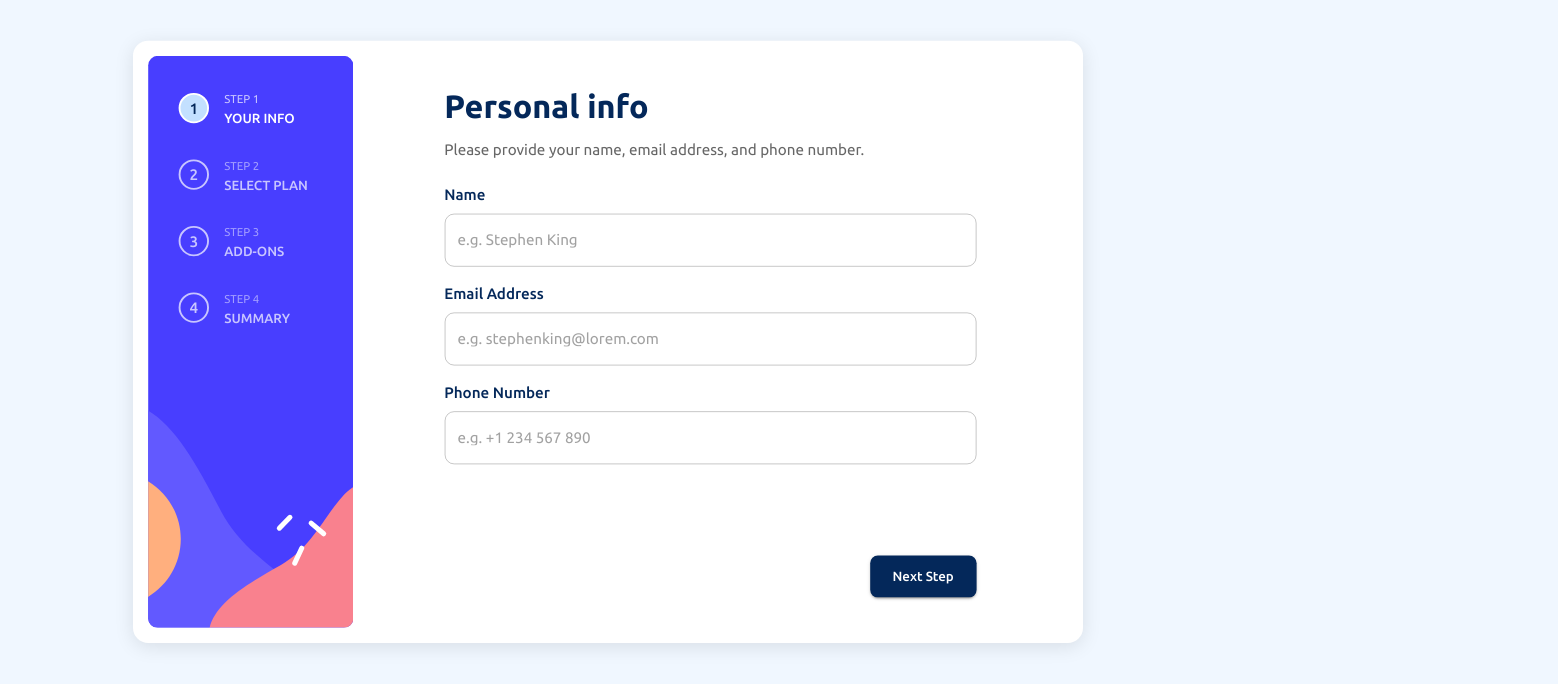
Repository: ozerrrs/chalange7days
Page: / (app in 7dayschalange/7dayschallange/)
The author's editor kept a copy of each file at every save. The page is drawn from the files as they stood at one save, then again after the next save.
The browser window is 1280 px wide. The page is 1280 px wide, then 1640 px, then 1280 px, so the pictures cover 1640 px, including what lies to the right of the window. The pictures show the whole page, at 95% of full size.
The project was rebuilt for these pictures with package versions that can differ from the ones it lists, and the page was loaded fresh each time. Also part of the build but not shown: 7dayschalange/7dayschallange/vite.config.js.

Above is the page before, as saved 2025-03-05 14:55:27.

### 7dayschalange/7dayschallange/src/main.jsx
import * as React from "react";
import * as ReactDOM from "react-dom/client";
import { ThemeProvider } from "@mui/material/styles";
import { CssBaseline } from "@mui/material";
import theme from "./theme/theme";
import App from "./App";
import "./index.css";
ReactDOM.createRoot(document.getElementById("root")).render(
  <React.StrictMode>
    <ThemeProvider theme={theme}>
      <CssBaseline />
      <App />
    </ThemeProvider>
  </React.StrictMode>
);

### 7dayschalange/7dayschallange/src/theme/theme.jsx
import { createTheme } from "@mui/material/styles";

const theme = createTheme({
  typography: {
    fontFamily: "'Ubuntu', sans-serif",
    h4: {
      fontWeight: 700,
    },
    h2: {
      fontWeight: 500,
    },
  },
  components: {
    MuiCssBaseline: {
      styleOverrides: `
        body {
          background-color: #f0f7ff;
        }
      `,
    },
  },
});

export default theme;

### 7dayschalange/7dayschallange/src/App.jsx
import { Routes, Route, BrowserRouter } from "react-router-dom";
import FirstPage from "./pages/firstPage";
import "@fontsource/ubuntu/400.css"; // Regular
import "@fontsource/ubuntu/500.css"; // Medium
import "@fontsource/ubuntu/700.css"; // Bold
function App() {
  return (
    <BrowserRouter>
      <Routes>
        <Route path="/" element={<FirstPage />} />
        {/* <Route path="/about" element={<About />} />
          <Route path="/login" element={<Login />} />
          <Route path="/register" element={<Register />} /> */}
      </Routes>
    </BrowserRouter>
  );
}
export default App;

### 7dayschalange/7dayschallange/src/index.css
#root {
  height: 100vh;
  width: 100vw;
  background-color: #f0f7ff;
}

### 7dayschalange/7dayschallange/src/pages/firstPage.jsx
import React, { useState } from "react";
import {
  Box,
  TextField,
  Typography,
  Button,
  Stepper,
  Step,
  StepLabel,
  Paper,
  Container,
  Grid,
  CssBaseline,
} from "@mui/material";
import { styled, ThemeProvider } from "@mui/material/styles";
// Import the background image for the sidebar
import backgroundNav from "../assets/bg-sidebar-desktop.svg"; // Adjust the path as needed

const FormContainer = styled(Paper)(({ theme }) => ({
  padding: theme.spacing(2),
  borderRadius: 16,
  boxShadow: "0px 4px 20px rgba(0, 0, 0, 0.1)",
  display: "flex",
  overflow: "hidden",
  minWidth: 1000,
  margin: "0 auto",
  position: "absolute",
  top: "50%",
  left: "50%",
  transform: "translate(-50%, -50%)",
}));

const SideBar = styled(Box)(({ theme }) => ({
  padding: theme.spacing(4),
  borderRadius: "10px 10px 10px 10px",
  color: "white",
  width: 274,
  position: "relative",
  overflow: "hidden",
  background: "none",
  minHeight: 568,
}));

const ContentArea = styled(Box)(({ theme }) => ({
  paddingLeft: theme.spacing(12),
  paddingRight: theme.spacing(12),
  paddingTop: theme.spacing(4),
  paddingBottom: theme.spacing(4),
  width: "100%",
}));

const NextButton = styled(Button)(({ theme }) => ({
  backgroundColor: "#04285a",
  color: "white",
  borderRadius: 8,
  padding: "10px 24px",
  textTransform: "none", // This prevents uppercase text

  "&:hover": {
    backgroundColor: "#172b4d",
  },
}));
const StyledTextField = styled(TextField)(({ theme }) => ({
  marginBottom: theme.spacing(2),
  "& .MuiOutlinedInput-root": {
    borderRadius: "10px",
    "& fieldset": {
      borderRadius: "10px",
    },
  },
}));

const StepNumber = styled(Box)(({ theme, active }) => ({
  width: 32,
  height: 32,
  borderRadius: "50%",
  border: "2px solid white",
  display: "flex",
  alignItems: "center",
  justifyContent: "center",
  marginRight: theme.spacing(2),
  backgroundColor: active ? "#c3e0ff" : "transparent", // Blue background when active
  color: active ? "#04285a" : "white",
  fontWeight: 500,
}));

const StepItem = styled(Box)(({ theme, active }) => ({
  display: "flex",
  alignItems: "center",
  marginBottom: theme.spacing(3),
  opacity: active ? 1 : 0.7,
}));

const steps = [
  { label: "YOUR INFO", description: "Personal details" },
  { label: "SELECT PLAN", description: "Choose your plan" },
  { label: "ADD-ONS", description: "Add extra features" },
  { label: "SUMMARY", description: "Review your order" },
];

function MultiStepForm() {
  const [activeStep, setActiveStep] = useState(0);
  const [formData, setFormData] = useState({
    name: "",
    email: "",
    phone: "",
  });

  const handleInputChange = (e) => {
    const { name, value } = e.target;
    setFormData({
      ...formData,
      [name]: value,
    });
  };

  const handleNext = () => {
    setActiveStep((prevActiveStep) => prevActiveStep + 1);
  };

  const handleBack = () => {
    setActiveStep((prevActiveStep) => prevActiveStep - 1);
  };

  const getStepContent = (step) => {
    switch (step) {
      case 0:
        return (
          <Box>
            <Typography
              variant="h4"
              gutterBottom
              fontWeight="bold"
              sx={{ color: "#04285a" }}
            >
              Personal info
            </Typography>
            <Typography color="textSecondary" paragraph>
              Please provide your name, email address, and phone number.
            </Typography>

            <Box mt={3}>
              <Typography fontWeight={500} mb={1} sx={{ color: "#04285a" }}>
                Name
              </Typography>
              <StyledTextField
                fullWidth
                placeholder="e.g. Stephen King"
                name="name"
                value={formData.name}
                onChange={handleInputChange}
                variant="outlined"
              />

              <Typography fontWeight={500} mb={1} sx={{ color: "#04285a" }}>
                Email Address
              </Typography>

              <StyledTextField
                fullWidth
                placeholder="e.g. stephenking@lorem.com"
                name="email"
                value={formData.email}
                onChange={handleInputChange}
                variant="outlined"
              />

              <Typography fontWeight={500} mb={1} sx={{ color: "#04285a" }}>
                Phone Number
              </Typography>

              <StyledTextField
                fullWidth
                placeholder="e.g. +1 234 567 890"
                name="phone"
                value={formData.phone}
                onChange={handleInputChange}
                variant="outlined"
                sx={{ mb: 8 }}
              />
            </Box>
          </Box>
        );
      case 1:
        return (
          <Box>
            <Typography
              variant="h4"
              gutterBottom
              fontWeight="bold"
              sx={{ color: "#04285a" }}
            >
              Select your plan
            </Typography>
            <Typography color="textSecondary" paragraph>
              You have the option of monthly or yearly billing.
            </Typography>

            {/* Plan selection content will go here */}
            <Box mt={3} sx={{ display: "flex", gap: 2 }}>
              {/* Example plan cards would go here */}
              <Paper
                sx={{
                  p: 2,
                  borderRadius: 2,
                  flex: 1,
                  border: "1px solid #ccc",
                }}
              >
                <Typography fontWeight="bold" sx={{ color: "#04285a" }}>
                  Arcade
                </Typography>
                <Typography color="textSecondary">$9/mo</Typography>
              </Paper>

              <Paper
                sx={{
                  p: 2,
                  borderRadius: 2,
                  flex: 1,
                  border: "1px solid #ccc",
                }}
              >
                <Typography fontWeight="bold" sx={{ color: "#04285a" }}>
                  Advanced
                </Typography>
                <Typography color="textSecondary">$12/mo</Typography>
              </Paper>

              <Paper
                sx={{
                  p: 2,
                  borderRadius: 2,
                  flex: 1,
                  border: "1px solid #ccc",
                }}
              >
                <Typography fontWeight="bold" sx={{ color: "#04285a" }}>
                  Pro
                </Typography>
                <Typography color="textSecondary">$15/mo</Typography>
              </Paper>
            </Box>
          </Box>
        );
      case 2:
        return (
          <Box>
            <Typography
              variant="h4"
              gutterBottom
              fontWeight="bold"
              sx={{ color: "#04285a" }}
            >
              Pick add-ons
            </Typography>
            <Typography color="textSecondary" paragraph>
              Add-ons help enhance your gaming experience.
            </Typography>
          </Box>
        );
      case 3:
        return (
          <Box>
            <Typography
              variant="h4"
              gutterBottom
              fontWeight="bold"
              sx={{ color: "#04285a" }}
            >
              Summary
            </Typography>
            <Typography color="textSecondary" paragraph>
              Please confirm your selections.
            </Typography>
          </Box>
        );
      default:
        return "Unknown step";
    }
  };

  return (
    <FormContainer>
      <SideBar>
        <Box
          sx={{
            position: "absolute",
            top: 0,
            left: 0,
            width: "100%",
            height: "100%",
            zIndex: 0,
          }}
        >
          <img
            src={backgroundNav}
            alt="background"
            style={{ width: "100%", height: "100%", objectFit: "cover" }}
          />
        </Box>
        <Box sx={{ position: "relative", zIndex: 1 }}>
          {steps.map((step, index) => (
            <StepItem key={index} active={activeStep === index}>
              <StepNumber active={activeStep === index}>{index + 1}</StepNumber>

              <Box>
                <Typography variant="caption" sx={{ opacity: 0.7 }}>
                  STEP {index + 1}
                </Typography>
                <Typography variant="subtitle2">{step.label}</Typography>
              </Box>
            </StepItem>
          ))}
        </Box>
      </SideBar>

      <ContentArea>
        {getStepContent(activeStep)}

        <Box sx={{ display: "flex", justifyContent: "flex-end", mt: 4 }}>
          {activeStep !== 0 && (
            <Button onClick={handleBack} sx={{ mr: 1 }}>
              Back
            </Button>
          )}
          <NextButton variant="contained" onClick={handleNext}>
            Next Step
          </NextButton>
        </Box>
      </ContentArea>
    </FormContainer>
  );
}

export default MultiStepForm;

Loaded but not shown: 7dayschalange/7dayschallange/index.html (common file)

After the next save:
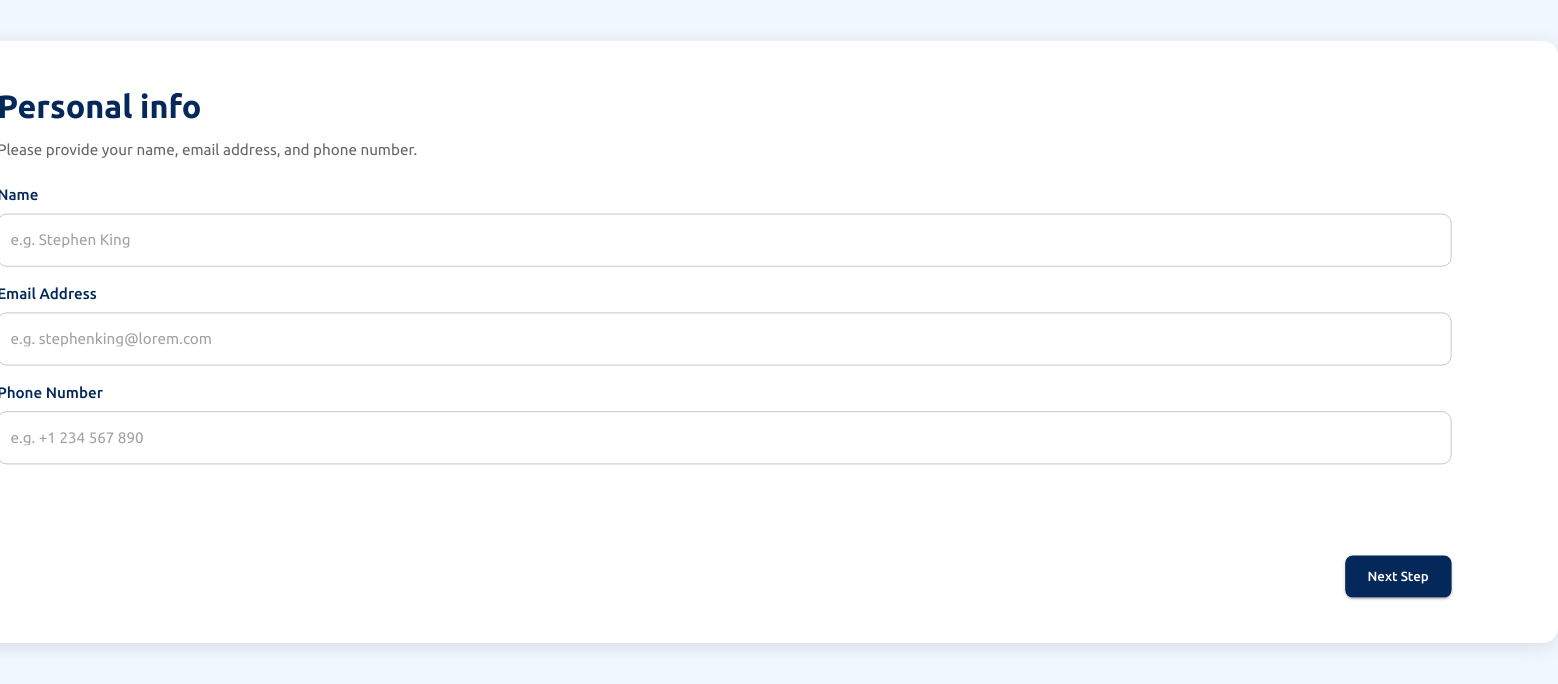
Saved 2 min 48 s later.
--- a/7dayschalange/7dayschallange/src/pages/firstPage.jsx
+++ b/7dayschalange/7dayschallange/src/pages/firstPage.jsx
@@ -22,7 +22,7 @@
   boxShadow: "0px 4px 20px rgba(0, 0, 0, 0.1)",
   display: "flex",
   overflow: "hidden",
-  minWidth: 1000,
+  minWidth: 2000,
   margin: "0 auto",
   position: "absolute",
   top: "50%",

After the save that followed:
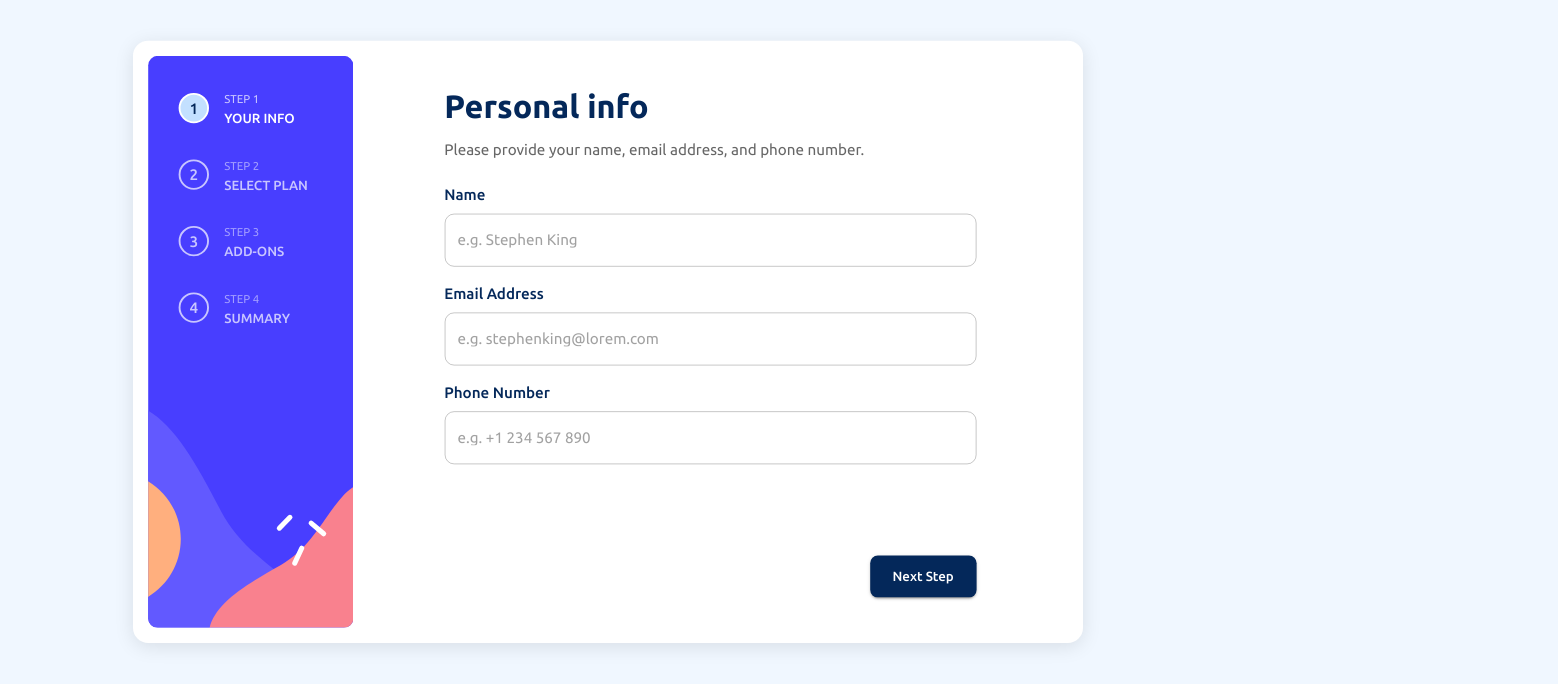
Saved 6 s later.
--- a/7dayschalange/7dayschallange/src/pages/firstPage.jsx
+++ b/7dayschalange/7dayschallange/src/pages/firstPage.jsx
@@ -22,7 +22,7 @@
   boxShadow: "0px 4px 20px rgba(0, 0, 0, 0.1)",
   display: "flex",
   overflow: "hidden",
-  minWidth: 2000,
+  minWidth: 1000,
   margin: "0 auto",
   position: "absolute",
   top: "50%",
